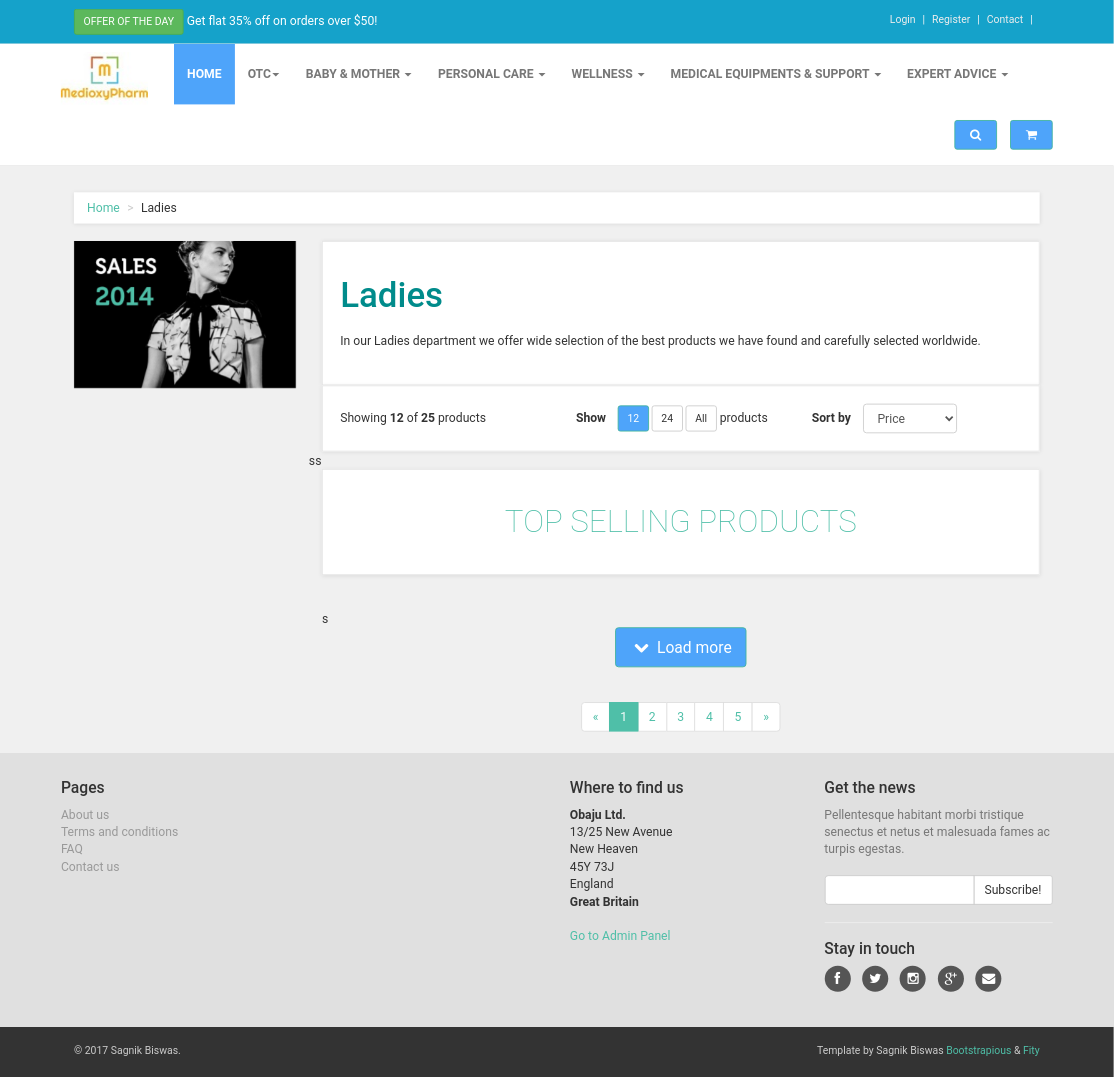
Repository: Sagnikb9/Java-Devops-Ecommerce
Page: http://localhost/MedioxyPharm/WEB-INF/views/product.jsp
These files come from the project's save history. The page is drawn as it stood at one moment and after the next save; the edit follows.
The browser window is 1280 px wide. The pictures show the whole page, at 87% of full size.
Some web fonts or font styles are not loaded; a fallback is used. The page is served by Tomcat 9. Nobody is signed in. The template is opened directly, without the code that normally fills it, so the values that code supplies are empty.

Above is the page before, as saved 2017-11-17 23:20:41.

After the next save:
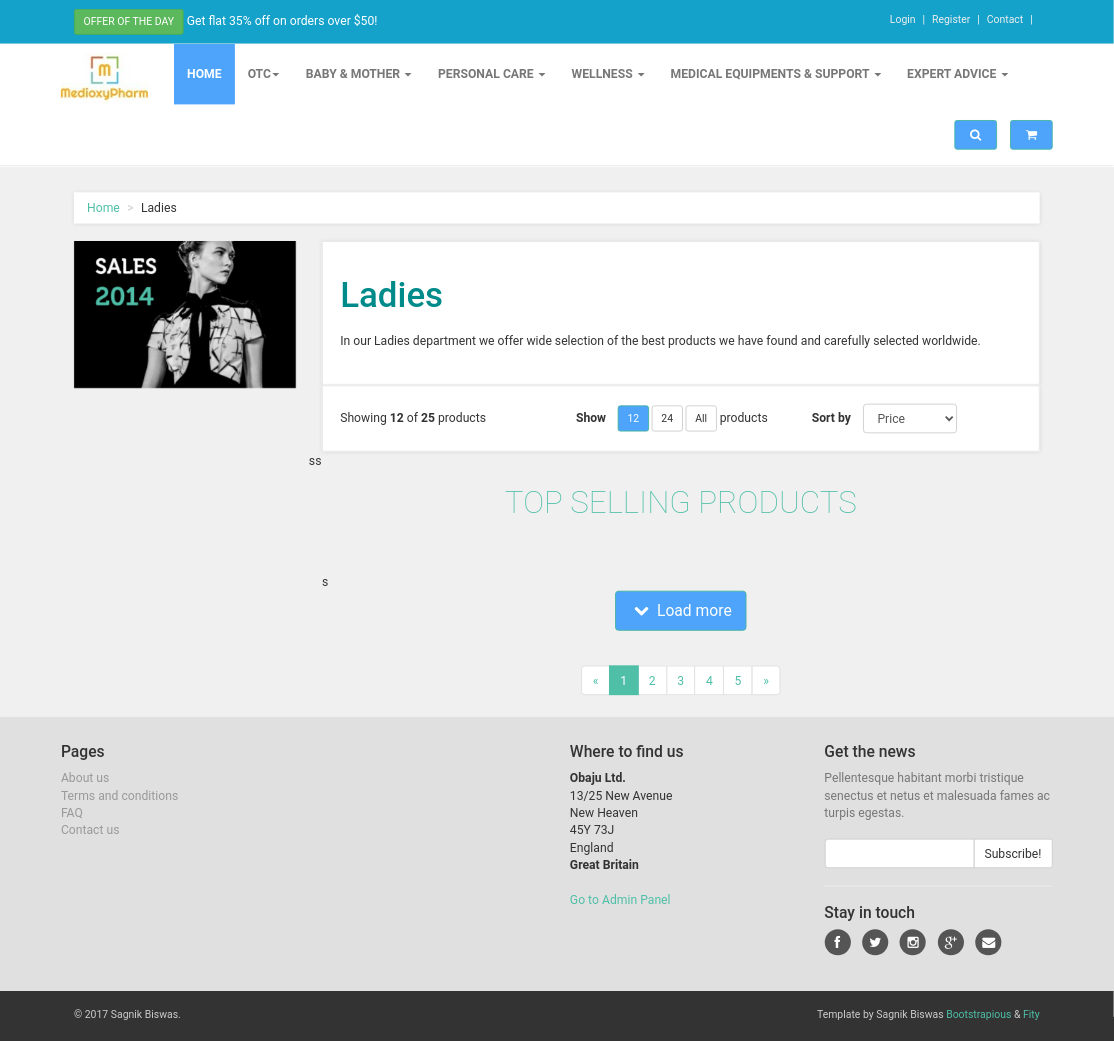
Saved 27 s later.
--- a/MedioxyPharm/src/main/webapp/WEB-INF/views/product.jsp
+++ b/MedioxyPharm/src/main/webapp/WEB-INF/views/product.jsp
@@ -103,7 +103,7 @@
 
                     <div id="hot">
 
-                <div class="box">
+                <div class="">
 
                             <h2>Top Selling Products</h2>
 
